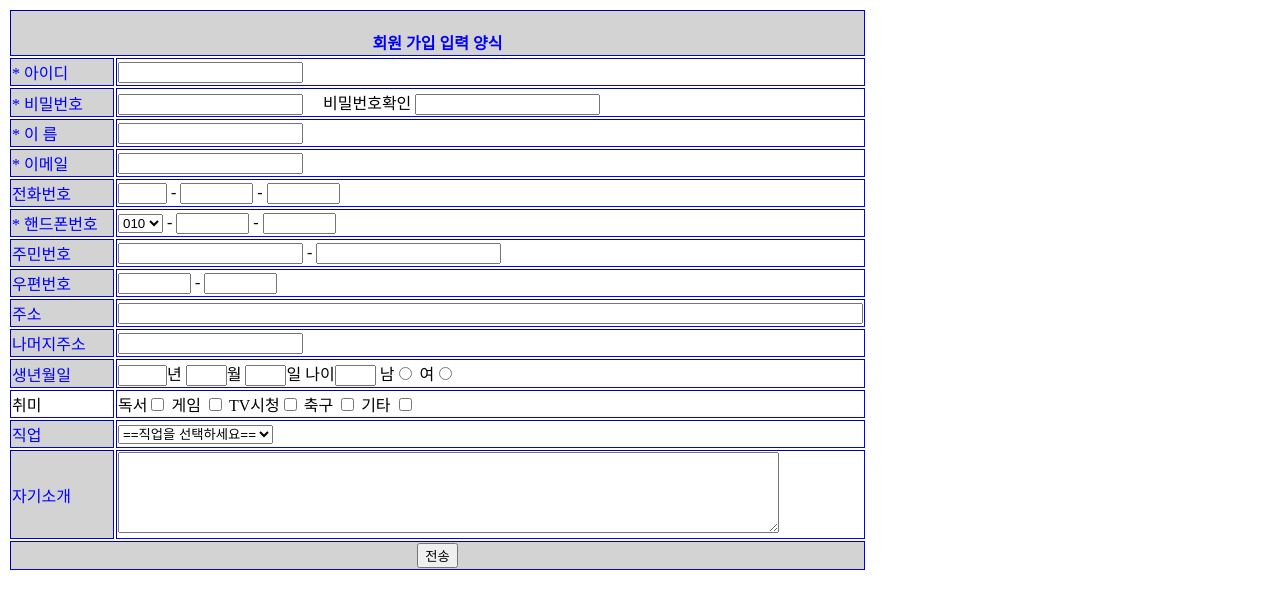
Repository: vkfkstptkd1/WebProgramming
Page: ch3_FormTag/WebContent/In_Form.html
An editor plug-in stored every save of this project. The page is shown before and after the next save, followed by the edit.
The browser window is 1280 px wide. The pictures show the whole page.

Above is the page before, as saved 2021-03-20 08:49:24.

### ch3_FormTag/WebContent/In_Form.html
<!DOCTYPE html>
<html>
<head>
<meta charset="EUC-KR">
<title>First Practice : In_ Form</title>
<style type="text/css">
.borderstyle{border:blue;}
.style0{color:blue;background-color:lightgrey;}
</style>
</head>
<body>
<form action= "In_Form_ok.jsp" method="post">
	<table class="borderstyle" border="1">
	<tr><th class="style0" colspan=2><br>회원 가입 입력 양식</th></tr><!--표제목  -->
	<tr><td class="style0" width= "100"> * 아이디</td>
		<td width="500"> <input type="text" name="id"></td>
	</tr>
	<tr><td class="style0"> * 비밀번호</td>
		<td> <input type="text" name="pwd"> &nbsp;&nbsp;&nbsp;&nbsp;비밀번호확인 <input type="text" name="pwdok">
		</td>
	</tr>
	<tr><td class="style0"> * 이 름</td>
		<td> <input type="text" name="name"></td>
	</tr>
	<tr><td class="style0"> * 이메일</td>
		<td> <input type="text" name="email"></td>
	</tr>
	<tr><td class="style0"> 전화번호</td>
		<td><input type="text" name="homenumber" size=3>
			-
			<input type="text" name="homenumber" size=6>
			-
			<input type="text" name="homenumber" size=6>
		</td>
	</tr>
	<tr><td class="style0"> * 핸드폰번호</td>
		<td>
		<SELECT NAME="phonenumber1">
		<OPTION VALUE="010">010</OPTION>
		<OPTION VALUE="011">011</OPTION>
		<OPTION VALUE="012">012</OPTION>
		</SELECT>
		-
		<input type="text" name="phonenumber2" size=6>
		-
		<input type="text" name="phonenumber3" size=6>
		</td>
	</tr>
	<tr><td class="style0"> 주민번호</td>
		<td> <input type="text" name="ssn1">
			 -
			 <input type="text" name="ssn2">
		</td>
	</tr>
	<tr><td class="style0"> 우편번호</td>
		<td> <input type="text" name="pn1" size=6>
			 -
			 <input type="text" name="pn2" size=6></td>
	</tr>
	<tr><td class="style0"> 주소</td>
		<td> <input type="text" name="ad" size=90 ></td>
	</tr>
	<tr><td class="style0"> 나머지주소</td>
		<td> <input type="text" name="remainderad"></td>
	</tr>
	<tr><td class="style0"> 생년월일</td>
		<td> <input type="text" name="year" size=3>년
			 <input type="text" name="month" size=2>월
			 <input type="text" name="day" size=2>일
			 나이<input type="text" name="age" size=2>
			 남<input type="radio" name="gender" value="남">
			 여<input type="radio" name="gender" value="여">
		</td>
	</tr>
	<tr><td > 취미</td>
		<td> 독서<input type="checkbox" name="hobby" value="독서">
			 게임	<input type="checkbox" name="hobby" value="게임">
		   TV시청<input type="checkbox" name="hobby" value="TV시청">
			 축구	<input type="checkbox" name="hobby" value="축구">
			 기타	<input type="checkbox" name="hobby" value="기타">
		</td>
	</tr>
	<tr><td class="style0"> 직업</td>
		<td >
		<SELECT NAME="job">
         <OPTION VALUE="">==직업을 선택하세요==</OPTION>
         <OPTION VALUE="학생">학생</OPTION>
         <OPTION VALUE="회사원">회사원</OPTION>
         <OPTION VALUE="군인">군인</OPTION>
         <OPTION VALUE="기타">기타</OPTION>
	    </SELECT>
	    </td>
	</tr>
	<tr><td class="style0"> 자기소개</td>
		<td > <textarea name="intro" rows=5 cols=80 ></textarea></td>
	</tr>
	<tr>
		<td class="style0" colspan="2"><center><input type="submit" value="전송" ></center></td>
	</tr>
	</table>
</form>
</body>
</html>

After the next save:
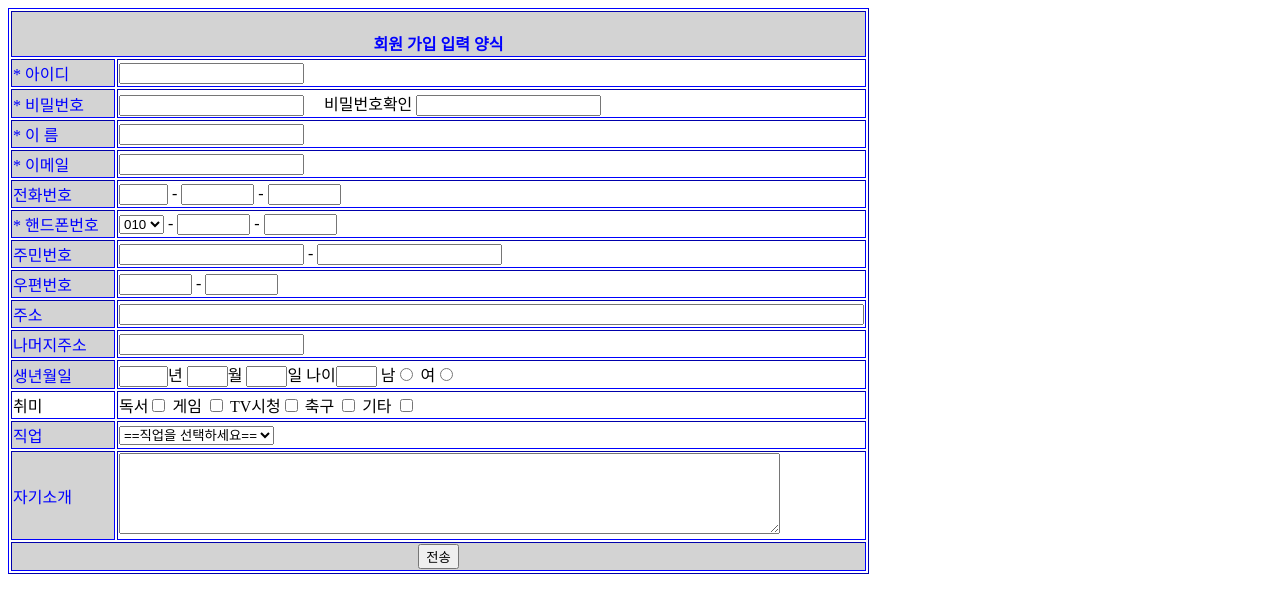
Saved 2 min 15 s later.
--- a/ch3_FormTag/WebContent/In_Form.html
+++ b/ch3_FormTag/WebContent/In_Form.html
@@ -4,7 +4,7 @@
 <meta charset="EUC-KR">
 <title>First Practice : In_ Form</title>
 <style type="text/css">
-.borderstyle{border:blue;}
+.borderstyle{border-color:blue;}
 .style0{color:blue;background-color:lightgrey;}
 </style>
 </head>
